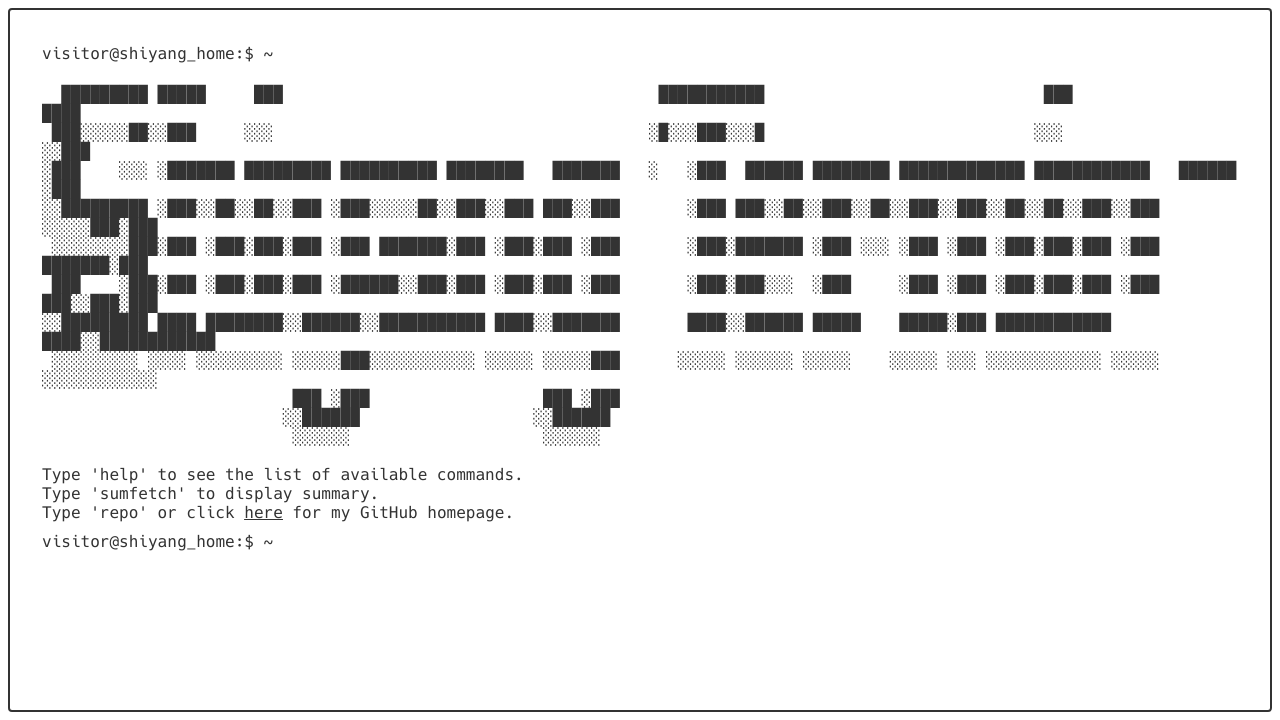
Repository: ShiyangLai/shiyanglai.github.io
Page: /
The author's editor kept a copy of each file at every save. The page is drawn from the files as they stood at one save, then again after the next save.
The browser window is 1280 px wide. The pictures show the whole page.
The project was rebuilt for these pictures with package versions that can differ from the ones it lists, and the page was loaded fresh each time. The framework's server and built-in components were replaced by stand-ins that run in the browser. Also part of the build but not shown: next.config.js, src/utils/bin/commands.ts, src/utils/api.ts, src/utils/bin/api_commands.ts, src/utils/bin/sumfetch.ts.

Above is the page before, as saved 2024-04-15 15:35:18.

After the next save:
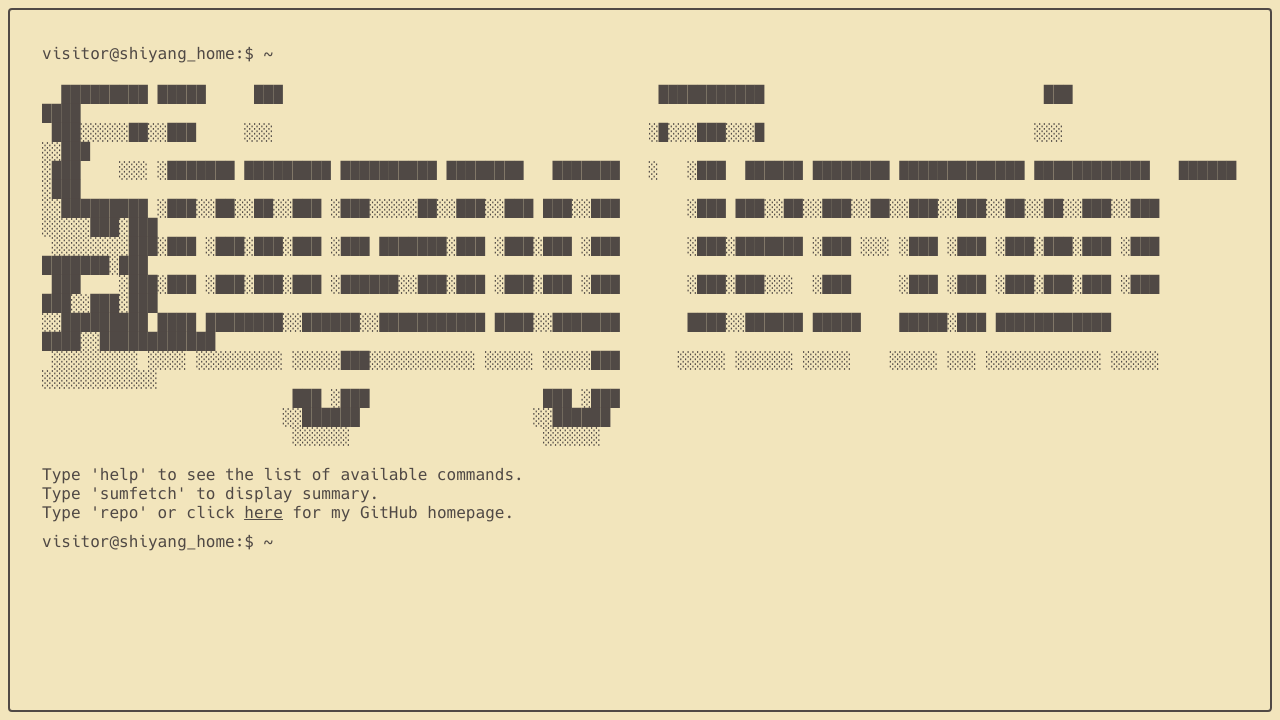
Saved 44 s later.
--- a/config.json
+++ b/config.json
@@ -38,26 +38,26 @@
       "terminal.ansiYellow":"#AE9513"
     },
     "light": {
-      "background":"#FFFFFF",
-      "foreground":"#333333",
-      "terminalCursor.background":"#333333",
-      "terminalCursor.foreground":"#333333",
-      "terminal.ansiBlack":"#FFFFFF",
-      "terminal.ansiBlue":"#795DA3",
-      "terminal.ansiBrightBlack":"#969896",
-      "terminal.ansiBrightBlue":"#795DA3",
-      "terminal.ansiBrightCyan":"#183691",
-      "terminal.ansiBrightGreen":"#183691",
-      "terminal.ansiBrightMagenta":"#A71D5D",
-      "terminal.ansiBrightRed":"#ED6A43",
-      "terminal.ansiBrightWhite":"#FFFFFF",
-      "terminal.ansiBrightYellow":"#795DA3",
-      "terminal.ansiCyan":"#183691",
-      "terminal.ansiGreen":"#183691",
-      "terminal.ansiMagenta":"#A71D5D",
-      "terminal.ansiRed":"#ED6A43",
-      "terminal.ansiWhite":"#333333",
-      "terminal.ansiYellow":"#795DA3"
+      "background":"#F2E5BC",
+      "foreground":"#504945",
+      "terminalCursor.background":"#504945",
+      "terminalCursor.foreground":"#504945",
+      "terminal.ansiBlack":"#F2E5BC",
+      "terminal.ansiBlue":"#076678",
+      "terminal.ansiBrightBlack":"#BDAE93",
+      "terminal.ansiBrightBlue":"#076678",
+      "terminal.ansiBrightCyan":"#427B58",
+      "terminal.ansiBrightGreen":"#79740E",
+      "terminal.ansiBrightMagenta":"#8F3F71",
+      "terminal.ansiBrightRed":"#9D0006",
+      "terminal.ansiBrightWhite":"#282828",
+      "terminal.ansiBrightYellow":"#B57614",
+      "terminal.ansiCyan":"#427B58",
+      "terminal.ansiGreen":"#79740E",
+      "terminal.ansiMagenta":"#8F3F71",
+      "terminal.ansiRed":"#9D0006",
+      "terminal.ansiWhite":"#504945",
+      "terminal.ansiYellow":"#B57614"
     }
   }
 }
